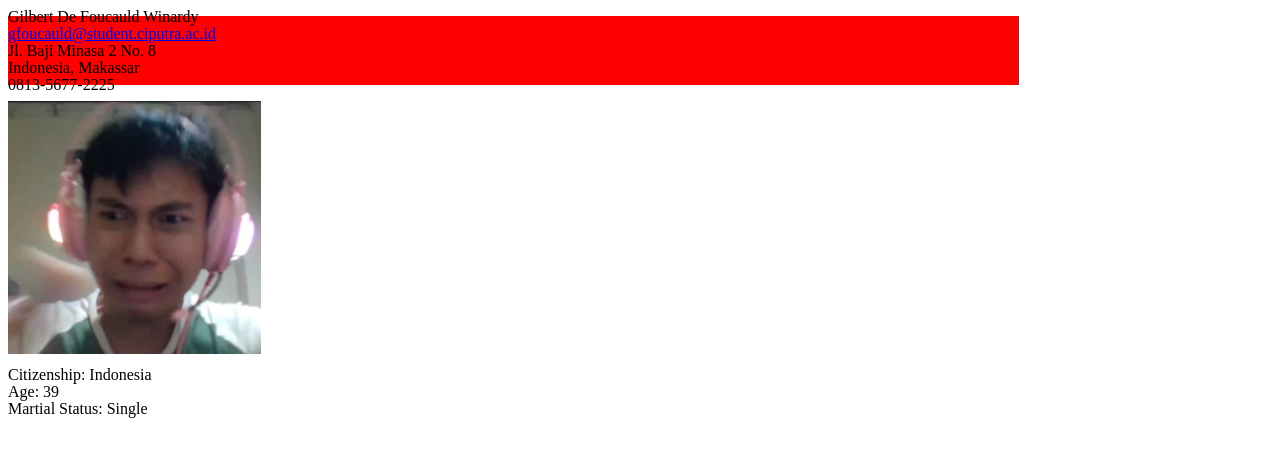
Repository: Gibekkk/WebPro
Page: Tugas Lab 1/index.html
An editor plug-in stored every save of this project. The page is shown before and after a run of saves, followed by the edit.
The browser window is 1280 px wide. The pictures show the whole page.

Above is the page before, as saved 2024-03-25 12:55:05.

After the next 2 saves:
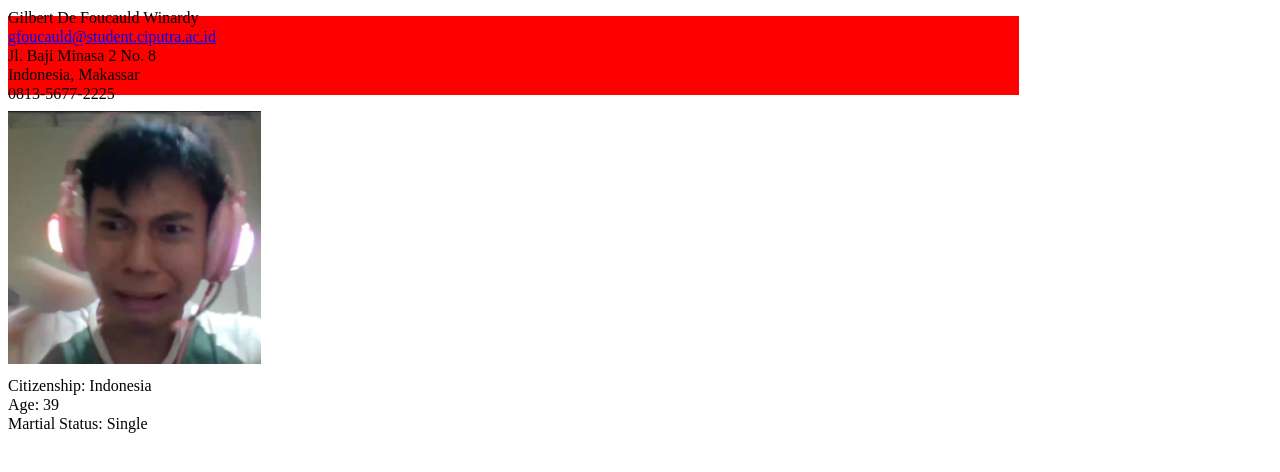
The 2 saves are shown as one change because they came seconds apart.
The last was saved 7 s later.
--- a/Tugas Lab 1/style.css
+++ b/Tugas Lab 1/style.css
@@ -6,5 +6,5 @@ img{
     width: 20%;
 }
 .description, .title{
-    line-height: 1px;
+    line-height: 3px;
 }
